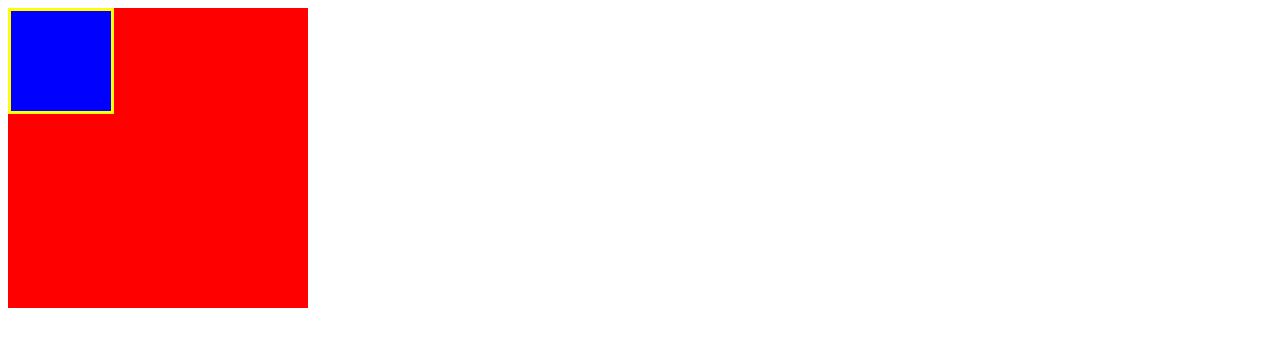
Repository: takuromiyazaki/kadai
Page: box/box.html
The author's editor kept a record of every edit. The page is drawn from the files as they stood at one moment, then again after the next edit.
The browser window is 1280 px wide. The pictures show the whole page.

Above is the page before.

After the next edit:
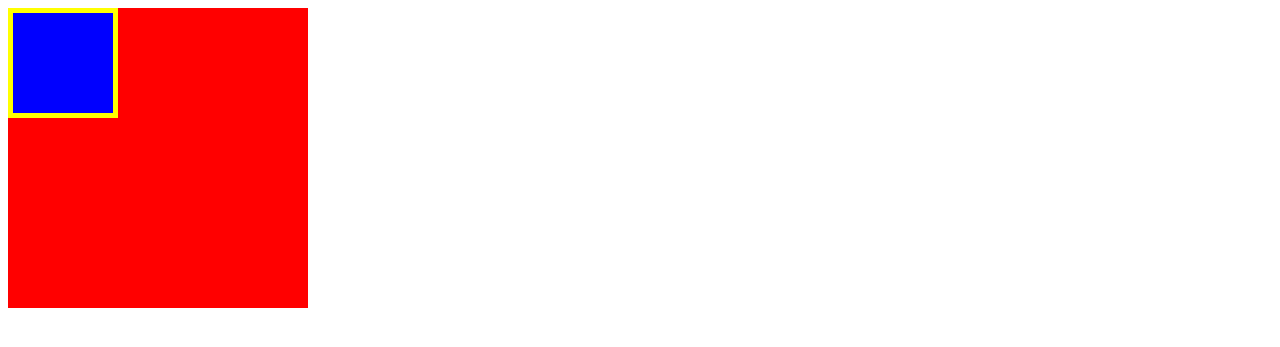
The edit:
--- a/box/box.css
+++ b/box/box.css
@@ -7,6 +7,5 @@
   width: 100px;
   height: 100px;
   background-color: blue;
-  border: solid yellow;
-  border-top-width: 5xp;
+  border: 5px solid yellow;
 }
